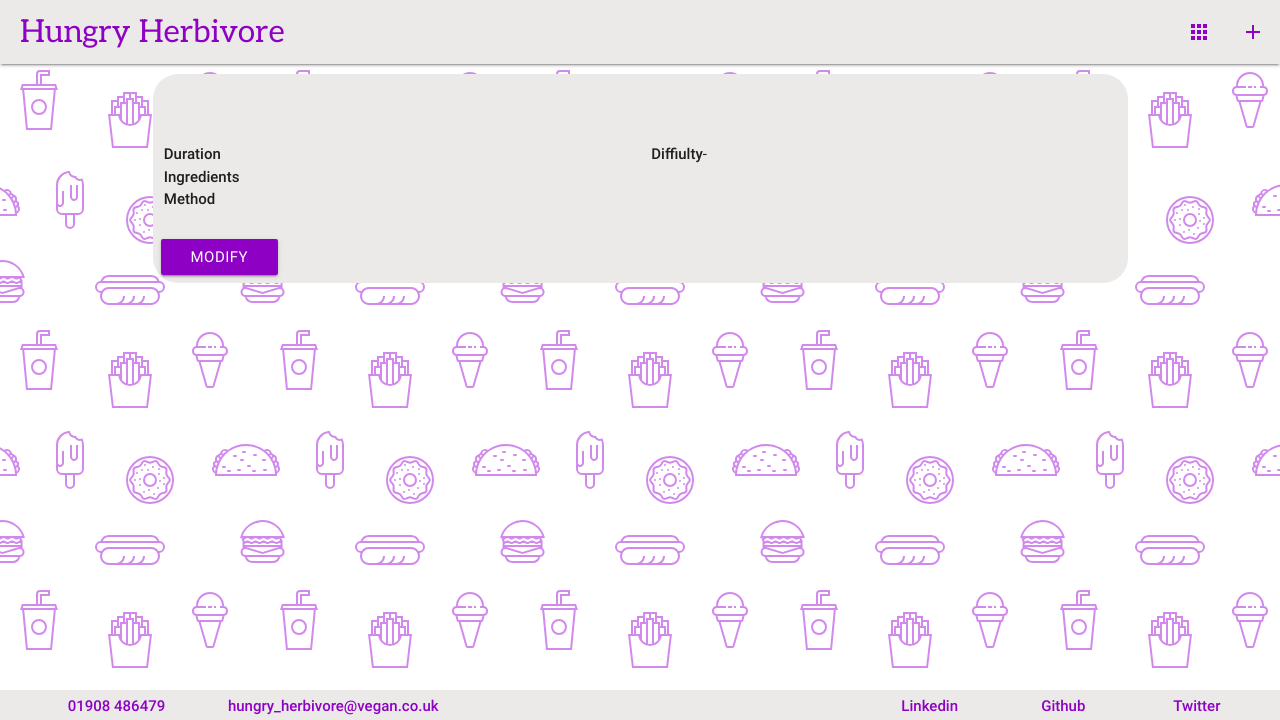
Repository: tgarratt/HungryHerbivore-Milestone3
Page: templates/viewrecipe.html
The author's editor kept a record of every edit. The page is drawn from the files as they stood at one moment, then again after the next edit.
The browser window is 1280 px wide. The pictures show the whole page.
The template is drawn by Flask 3. The application's start-up code is not run. The template is opened directly, without the code that normally fills it, so the values that code supplies are empty.

Above is the page before.

After the next edit:
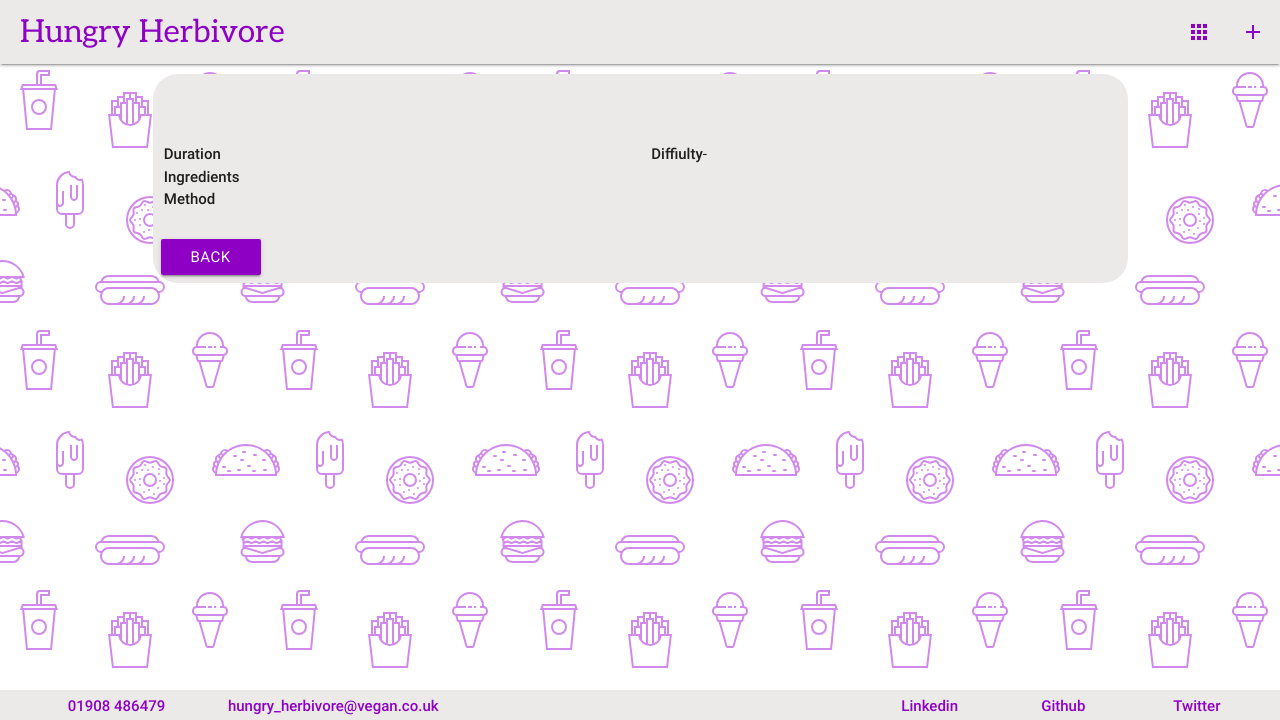
The edit:
--- a/templates/viewrecipe.html
+++ b/templates/viewrecipe.html
@@ -23,9 +23,10 @@
         </div>
     </div>
     <div>
-    <div class="col l2">
-                    <a href="{{url_for('modify_recipe', recipe_id=recipe._id)}}" class="waves-effect waves-light btn buttons buttons-hover">Modify</a>
-                </div>
+        <div class="col l2">
+            <a href="{{url_for('get_recipes')}}" class="waves-effect waves-light btn buttons buttons-hover">Back</a>
+        </div>
+    </div>
 </div>
 
 {% endblock %}
